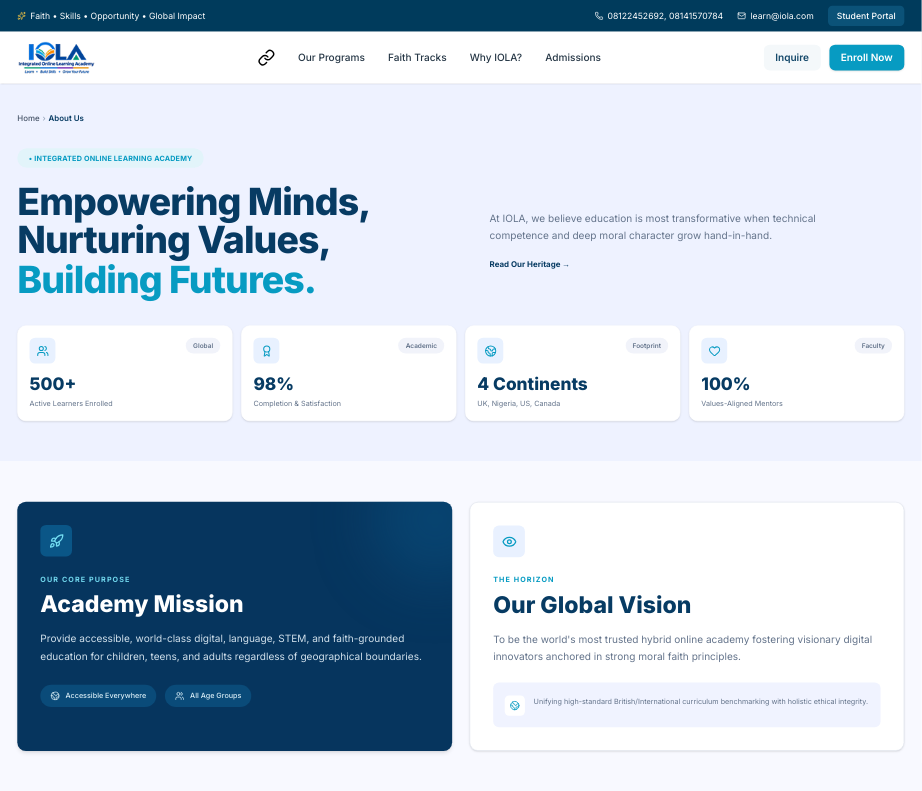
Repository: segunrotini/iola
Page: /about
An editor plug-in stored every save of this project. The page is shown before and after the next save, followed by the edit.
The browser window is 1280 px wide. The pictures show the whole page, at 72% of full size.
Pictures or frames that could not be fetched are drawn as grey boxes. The project was rebuilt for these pictures with package versions that can differ from the ones it lists, and the page was loaded fresh each time. Also part of the build but not shown: vite.config.ts, src/components/home/Hero-section.tsx, src/components/home/WhyChooseUs.tsx, src/components/home/Programs.tsx, src/components/home/Testimonials.tsx, src/components/home/LearningProcess.tsx, src/components/home/AdmissionSection.tsx, src/components/home/Footer.tsx and 1 more.

Above is the page before, as saved 2026-10-07 14:08:22.

### index.html
<!doctype html>
<html lang="en">
  <head>
    <meta charset="UTF-8" />
    <link rel="icon" type="image/svg+xml" href="/favicon.svg" />
    <meta name="viewport" content="width=device-width, initial-scale=1.0" />
    <title>integrated-online-learning-academy</title>
  </head>
  <body>
    <div id="root"></div>
    <script type="module" src="/src/main.tsx"></script>
  </body>
</html>

### src/index.css
@import url('https://fonts.googleapis.com/css2?family=Inter:wght@400;500;600;700;800&family=Montserrat:wght@400;500;600;700;800&display=swap');
@import "tailwindcss";

:root {
	font-family: "Inter", "Montserrat", sans-serif;
}

### src/App.tsx

import { Route, Routes } from "react-router-dom";
import AboutUs from "./components/pages/public/Aboutus";
import Homepage from "./components/pages/public/Hompage";

function App() {
  return (
    <Routes>
      <Route path="/" element={<Homepage />} />
      <Route path="/about" element={<AboutUs />} />

    </Routes>
  );
}

export default App;

### src/components/pages/public/Aboutus.tsx

import AboutHero from "../../home/Abouthero";
import AboutVision from "../../home/AboutVision";


import Nav from "../../home/Nav";
import Topbar from "../../home/topbar";

function AboutUs() {
  return (
    <>
      <Topbar/>
      <Nav />
      <AboutHero />
      <AboutVision />
    </>
  );
}

export default AboutUs;

### src/components/home/Abouthero.tsx
import {
  Award,
  Globe2,
  Heart,
  Users,
} from "lucide-react";

const stats = [
  {
    icon: Users,
    badge: "Global",
    value: "500+",
    label: "Active Learners Enrolled",
  },
  {
    icon: Award,
    badge: "Academic",
    value: "98%",
    label: "Completion & Satisfaction",
  },
  {
    icon: Globe2,
    badge: "Footprint",
    value: "4 Continents",
    label: "UK, Nigeria, US, Canada",
  },
  {
    icon: Heart,
    badge: "Faculty",
    value: "100%",
    label: "Values-Aligned Mentors",
  },
];

function AboutHero() {
  return (
    <section className="bg-[#EEF2FF]">
      <div className="mx-auto max-w-7xl px-4 pb-12 pt-8 sm:px-6 sm:pb-14 sm:pt-10">
        <div className="text-[11px] font-medium text-[#475569]">
          Home
          <span className="mx-1 text-[#94A3B8]">›</span>
          <span className="font-semibold text-[#073B63]">About Us</span>
        </div>

        <div className="mt-8 grid items-center gap-10 lg:grid-cols-2 lg:gap-20">
          <div>
            <span className="inline-flex items-center rounded-full bg-[#E2F4FA] px-4 py-1.5 text-[10px] font-bold uppercase tracking-wide text-[#079BC2]">
              • Integrated Online Learning Academy
            </span>

            <h1 className="mt-5 max-w-xl text-4xl font-extrabold leading-[1.05] tracking-tight text-[#073B63] sm:text-5xl lg:text-[52px]">
              Empowering Minds,
              <br />
              Nurturing Values,
              <br />
              <span className="text-[#079BC2]">Building Futures.</span>
            </h1>
          </div>

          <div className="lg:pt-12">
            <p className="max-w-lg text-sm leading-6 text-[#64748B]">
              At IOLA, we believe education is most transformative when
              technical competence and deep moral character grow
              hand-in-hand.
            </p>

            <a
              href="#heritage"
              className="mt-5 inline-flex text-[11px] font-bold text-[#073B63] transition hover:text-[#079BC2]"
            >
              Read Our Heritage →
            </a>
          </div>
        </div>

        <div className="mt-9 grid gap-3 sm:grid-cols-2 lg:grid-cols-4">
          {stats.map((stat) => {
            const Icon = stat.icon;

            return (
              <div
                key={stat.value}
                className="rounded-xl border border-white bg-white p-4 shadow-sm"
              >
                <div className="flex items-start justify-between">
                  <div className="flex h-9 w-9 items-center justify-center rounded-lg bg-[#E8F1FF]">
                    <Icon size={17} className="text-[#079BC2]" />
                  </div>

                  <span className="rounded-full bg-[#F1F3FA] px-2.5 py-1 text-[9px] font-semibold text-[#64748B]">
                    {stat.badge}
                  </span>
                </div>

                <p className="mt-4 text-2xl font-extrabold leading-none text-[#073B63]">
                  {stat.value}
                </p>

                <p className="mt-2 text-[10px] text-[#64748B]">
                  {stat.label}
                </p>
              </div>
            );
          })}
        </div>
      </div>
    </section>
  );
};

export default AboutHero;

### src/components/home/AboutVision.tsx
import {
  Eye,
  Globe2,
  Rocket,
  Users,
} from "lucide-react";

function AboutVision() {
  return (
    <section className="bg-[#F8F9FF] py-12 sm:py-14">
      <div className="mx-auto grid max-w-7xl gap-6 px-4 sm:px-6 lg:grid-cols-2">
        <div className="relative overflow-hidden rounded-xl bg-[#06355E] p-7 text-white shadow-md sm:p-8">
          <div className="absolute -right-16 -top-16 h-44 w-44 rounded-full bg-[#0B5A8D]/40 blur-2xl" />

          <div className="relative">
            <div className="flex h-11 w-11 items-center justify-center rounded-lg bg-[#0A5687]">
              <Rocket size={21} className="text-[#73DDF2]" />
            </div>

            <p className="mt-6 text-[10px] font-bold uppercase tracking-[0.15em] text-[#72D8EE]">
              Our Core Purpose
            </p>

            <h2 className="mt-2 text-3xl font-extrabold text-white sm:text-[32px]">
              Academy Mission
            </h2>

            <p className="mt-4 max-w-xl text-sm leading-6 text-[#D2E1EC]">
              Provide accessible, world-class digital, language, STEM, and
              faith-grounded education for children, teens, and adults
              regardless of geographical boundaries.
            </p>

            <div className="mt-7 flex flex-wrap gap-3">
              <span className="inline-flex items-center gap-2 rounded-full bg-[#0A4B79] px-3.5 py-2 text-[10px] font-medium text-[#D8EDF6]">
                <Globe2 size={13} />
                Accessible Everywhere
              </span>

              <span className="inline-flex items-center gap-2 rounded-full bg-[#0A4B79] px-3.5 py-2 text-[10px] font-medium text-[#D8EDF6]">
                <Users size={13} />
                All Age Groups
              </span>
            </div>
          </div>
        </div>

        <div className="rounded-xl border border-[#E5E9F2] bg-white p-7 shadow-sm sm:p-8">
          <div className="flex h-11 w-11 items-center justify-center rounded-lg bg-[#E9F1FF]">
            <Eye size={21} className="text-[#079BC2]" />
          </div>

          <p className="mt-6 text-[10px] font-bold uppercase tracking-[0.15em] text-[#079BC2]">
            The Horizon
          </p>

          <h2 className="mt-2 text-3xl font-extrabold text-[#073B63] sm:text-[32px]">
            Our Global Vision
          </h2>

          <p className="mt-4 text-sm leading-6 text-[#64748B]">
            To be the world's most trusted hybrid online academy fostering
            visionary digital innovators anchored in strong moral faith
            principles.
          </p>

          <div className="mt-6 flex items-start gap-3 rounded-lg bg-[#F0F3FF] p-4">
            <div className="mt-0.5 flex h-7 w-7 shrink-0 items-center justify-center rounded-md bg-white">
              <Globe2 size={14} className="text-[#079BC2]" />
            </div>

            <p className="text-[10px] leading-5 text-[#64748B]">
              Unifying high-standard British/International curriculum
              benchmarking with holistic ethical integrity.
            </p>
          </div>
        </div>
      </div>
    </section>
  );
};

export default AboutVision;

### src/components/home/Nav.tsx
import { Link, Menu, X } from "lucide-react";
import { useState } from "react";
import logo from "../../assets/logo.png";

const Navbar = () => {
  const [isOpen, setIsOpen] = useState(false);

  return (
    <nav className="relative bg-white shadow-sm">
      <div className="mx-auto flex max-w-7xl items-center justify-between px-4 py-3 sm:px-6">
        <a href="/" className="flex items-center">
          <img

            src={logo}
            alt="logo"
            className="h-12 w-auto object-contain"
          />
        </a>

        <div className="hidden items-center gap-8 lg:flex">
           <Link to="/about" >
              About Us
            </Link>
          <a
            href="#programs"
            className="text-sm font-medium text-[#263746] transition hover:text-[#008DB2]"
          >
            Our Programs
          </a>

          <a
            href="#faith-tracks"
            className="text-sm font-medium text-[#263746] transition hover:text-[#008DB2]"
          >
            Faith Tracks
          </a>

          <a
            href="#why-iola"
            className="text-sm font-medium text-[#263746] transition hover:text-[#008DB2]"
          >
            Why IOLA?
          </a>

          <a
            href="#admissions"
            className="text-sm font-medium text-[#263746] transition hover:text-[#008DB2]"
          >
            Admissions
          </a>
        </div>

        <div className="hidden items-center gap-3 lg:flex">
          <a
            href="#inquire"
            className="rounded-lg bg-[#F4F8FA] px-4 py-2 text-sm font-semibold text-[#164A6B] transition hover:bg-[#E8F1F5]"
          >
            Inquire
          </a>

          <a
            href="#enroll"
            className="rounded-lg bg-[#079BC2] px-4 py-2 text-sm font-semibold text-white shadow-sm transition hover:bg-[#0789AB]"
          >
            Enroll Now
          </a>
        </div>

        <button
          type="button"
          onClick={() => setIsOpen(!isOpen)}
          className="rounded-lg p-2 text-[#003B5C] lg:hidden"
          aria-label="Toggle navigation"
        >
          {isOpen ? <X size={24} /> : <Menu size={24} />}
        </button>
      </div>

      {isOpen && (
        <div className="border-t border-gray-100 bg-white px-4 pb-5 pt-3 lg:hidden">
          <div className="flex flex-col gap-1">
            <a
              href="#about"
              onClick={() => setIsOpen(false)}
              className="rounded-lg px-3 py-3 text-sm font-medium text-[#263746] hover:bg-[#F4F8FA]"
            >
              About Us
            </a>

            <a
              href="#programs"
              onClick={() => setIsOpen(false)}
              className="rounded-lg px-3 py-3 text-sm font-medium text-[#263746] hover:bg-[#F4F8FA]"
            >
              Our Programs
            </a>

            <a
              href="#faith-tracks"
              onClick={() => setIsOpen(false)}
              className="rounded-lg px-3 py-3 text-sm font-medium text-[#263746] hover:bg-[#F4F8FA]"
            >
              Faith Tracks
            </a>

            <a
              href="#why-iola"
              onClick={() => setIsOpen(false)}
              className="rounded-lg px-3 py-3 text-sm font-medium text-[#263746] hover:bg-[#F4F8FA]"
            >
              Why IOLA?
            </a>

            <a
              href="#admissions"
              onClick={() => setIsOpen(false)}
              className="rounded-lg px-3 py-3 text-sm font-medium text-[#263746] hover:bg-[#F4F8FA]"
            >
              Admissions
            </a>

            <div className="mt-2 flex gap-3 border-t border-gray-100 pt-4">
              <a
                href="#inquire"
                className="flex-1 rounded-lg bg-[#F4F8FA] px-4 py-2.5 text-center text-sm font-semibold text-[#164A6B]"
              >
                Inquire
              </a>

              <a
                href="#enroll"
                className="flex-1 rounded-lg bg-[#079BC2] px-4 py-2.5 text-center text-sm font-semibold text-white"
              >
                Enroll Now
              </a>
            </div>
          </div>
        </div>
      )}
    </nav>
  );
};

export default Navbar;

### src/components/home/topbar.tsx
import { Mail, Phone, Sparkles } from "lucide-react";

const TopBar = () => {
  return (
    <div className="bg-[#003B5C] text-white">
      <div className="mx-auto flex max-w-7xl flex-col gap-2 px-4 py-2 text-[10px] sm:flex-row sm:items-center sm:justify-between sm:px-6 sm:text-xs">
        <div className="flex items-center gap-1.5">
          <Sparkles size={12} className="text-[#F4C542]" />
          <span>Faith • Skills • Opportunity • Global Impact</span>
        </div>

        <div className="flex flex-col items-start gap-2 sm:flex-row sm:items-center sm:gap-5">
          <a
            href="tel:+2348122452692"
            className="flex items-center gap-1.5 transition hover:text-[#5DE1E6]"
          >
            <Phone size={12} />
            <span>08122452692, 08141570784</span>
          </a>

          <a
            href="mailto:learn@iola.com"
            className="flex items-center gap-1.5 transition hover:text-[#5DE1E6]"
          >
            <Mail size={12} />
            <span>learn@iola.com</span>
          </a>

          <a
            href="#student-portal"
            className="rounded-md bg-[#0B5278] px-3 py-1.5 font-medium transition hover:bg-[#08658F]"
          >
            Student Portal
          </a>
        </div>
      </div>
    </div>
  );
};

export default TopBar;

### src/components/home/AboutStory.tsx
import {
  BookOpenCheck,
  Building2,
  ShieldCheck,
  Sparkles,
} from "lucide-react";
 function AboutStory() {
  return (
    <section id="heritage" className="bg-[#EEF0FF] py-12 sm:py-16">
      <div className="mx-auto grid max-w-7xl items-center gap-8 px-4 sm:px-6 lg:grid-cols-2 lg:gap-10">
        <div className="relative">
          <div className="h-[330px] overflow-hidden rounded-xl border border-[#E0E5F2] bg-white shadow-sm sm:h-[380px]">
            <img
              src="/hybrid-campus.jpg"
              alt="IOLA Hybrid Campus"
              className="h-full w-full object-cover"
            />
          </div>

          <div className="absolute -bottom-5 left-1/2 flex w-[220px] -translate-x-1/2 items-center gap-3 rounded-xl bg-[#073B63] px-4 py-3 text-white shadow-xl sm:left-auto sm:right-[-15px] sm:translate-x-0">
            <div className="flex h-9 w-9 shrink-0 items-center justify-center rounded-lg bg-[#0B5D8F]">
              <Building2 size={18} className="text-[#75DDF0]" />
            </div>

            <div>
              <p className="text-[10px] font-bold">
                Hybrid Campus
              </p>

              <p className="mt-0.5 text-[9px] leading-4 text-[#C8DCE9]">
                Bridging geographic divides across the UK, Africa & North
                America.
              </p>
            </div>
          </div>
        </div>

        <div className="lg:pl-2">
          <p className="text-[10px] font-bold uppercase tracking-[0.15em] text-[#079BC2]">
            Founding Story & Heritage
          </p>

          <h2 className="mt-2 text-3xl font-extrabold leading-tight text-[#073B63] sm:text-[34px]">
            Solving the Great Educational Dilemma
          </h2>

          <div className="mt-5 space-y-4 text-sm leading-6 text-[#64748B]">
            <p>
              IOLA was founded in response to a recurring, poignant struggle
              articulated by forward-thinking parents worldwide: the deep
              fragmentation between cutting-edge technology and STEM
              education and wholesome, faith-respecting ethical environments.
            </p>

            <p>
              Too often, modern educational platforms offer technical
              excellence in isolation from moral grounding, while traditional
              spaces frequently lack exposure to future-defining digital
              skills like artificial intelligence, robotics, data analysis,
              and product creation.
            </p>

            <p>
              We engineered a hybrid virtual campus that dismantles this
              false compromise. At IOLA, a child can master Python programming
              and algorithmic thinking in the morning, refine their Arabic or
              English in the afternoon, and participate in peer-led moral
              character mentorship by evening.
            </p>
          </div>

          <div className="mt-6 grid gap-3 sm:grid-cols-2">
            <div className="rounded-lg border border-[#DDE4F0] bg-white p-4 shadow-sm">
              <div className="flex h-9 w-9 items-center justify-center rounded-lg bg-[#EAF2FF]">
                <ShieldCheck
                  size={18}
                  className="text-[#079BC2]"
                />
              </div>

              <h3 className="mt-3 text-sm font-extrabold text-[#073B63]">
                Ethical Safety First
              </h3>

              <p className="mt-2 text-[11px] leading-5 text-[#64748B]">
                Strict parent-verified digital norms and guided
                environments.
              </p>
            </div>

            <div className="rounded-lg border border-[#DDE4F0] bg-white p-4 shadow-sm">
              <div className="flex h-9 w-9 items-center justify-center rounded-lg bg-[#EAF2FF]">
                <Sparkles
                  size={18}
                  className="text-[#079BC2]"
                />
              </div>

              <h3 className="mt-3 text-sm font-extrabold text-[#073B63]">
                Applied Mastery
              </h3>

              <p className="mt-2 text-[11px] leading-5 text-[#64748B]">
                Project-based practice designed for future career impact.
              </p>
            </div>
          </div>
        </div>
      </div>
    </section>
  );
};

export default AboutStory;

Loaded but not shown: src/main.tsx (common file)

After the next save:
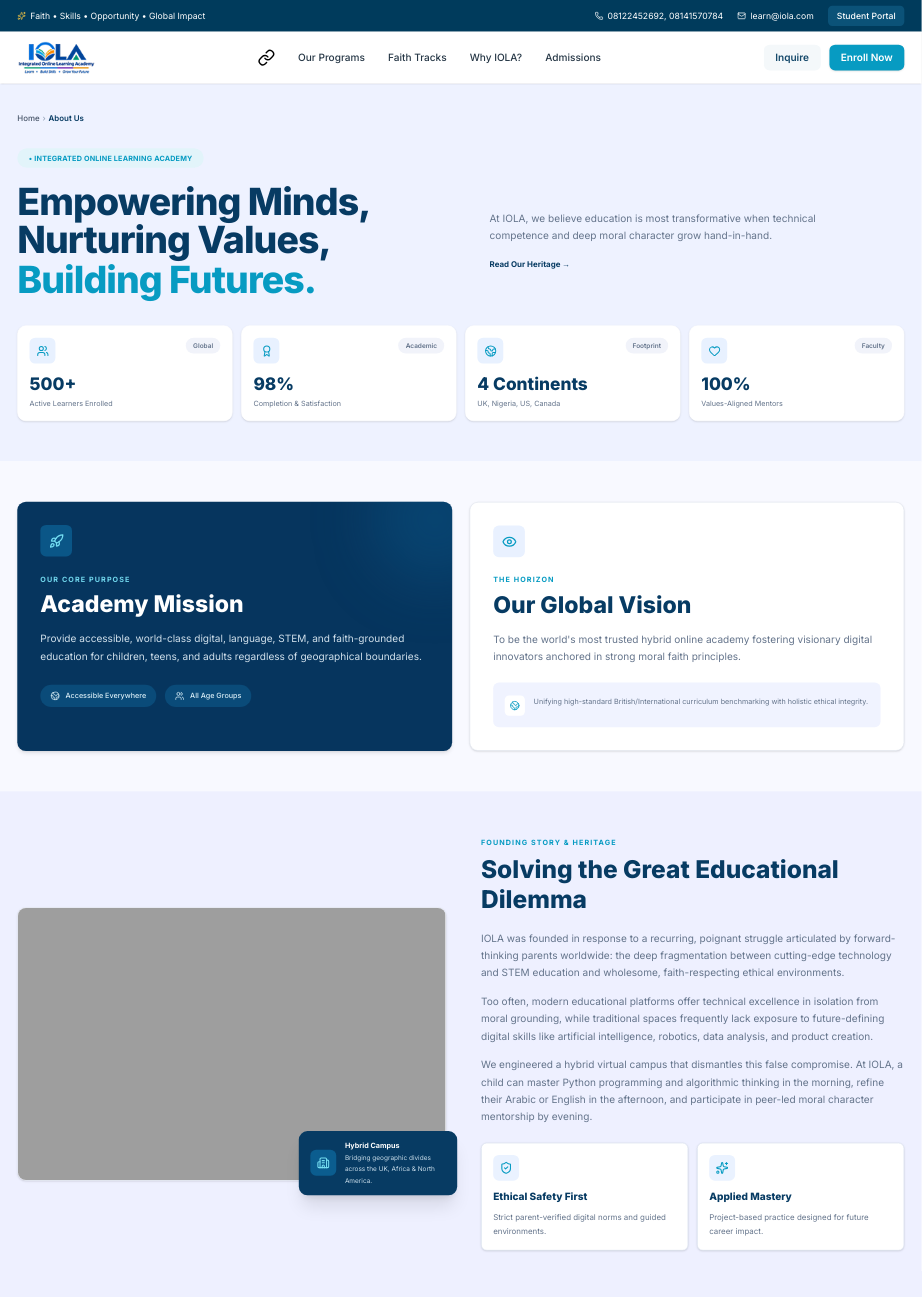
Saved 46 s later.
--- a/src/components/pages/public/Aboutus.tsx
+++ b/src/components/pages/public/Aboutus.tsx
@@ -5,7 +5,7 @@
 
 import Nav from "../../home/Nav";
 import Topbar from "../../home/topbar";
-
+import AboutStory from "../../home/AboutStory";
 function AboutUs() {
   return (
     <>
@@ -13,6 +13,7 @@
       <Nav />
       <AboutHero />
       <AboutVision />
+      <AboutStory />
     </>
   );
 }
